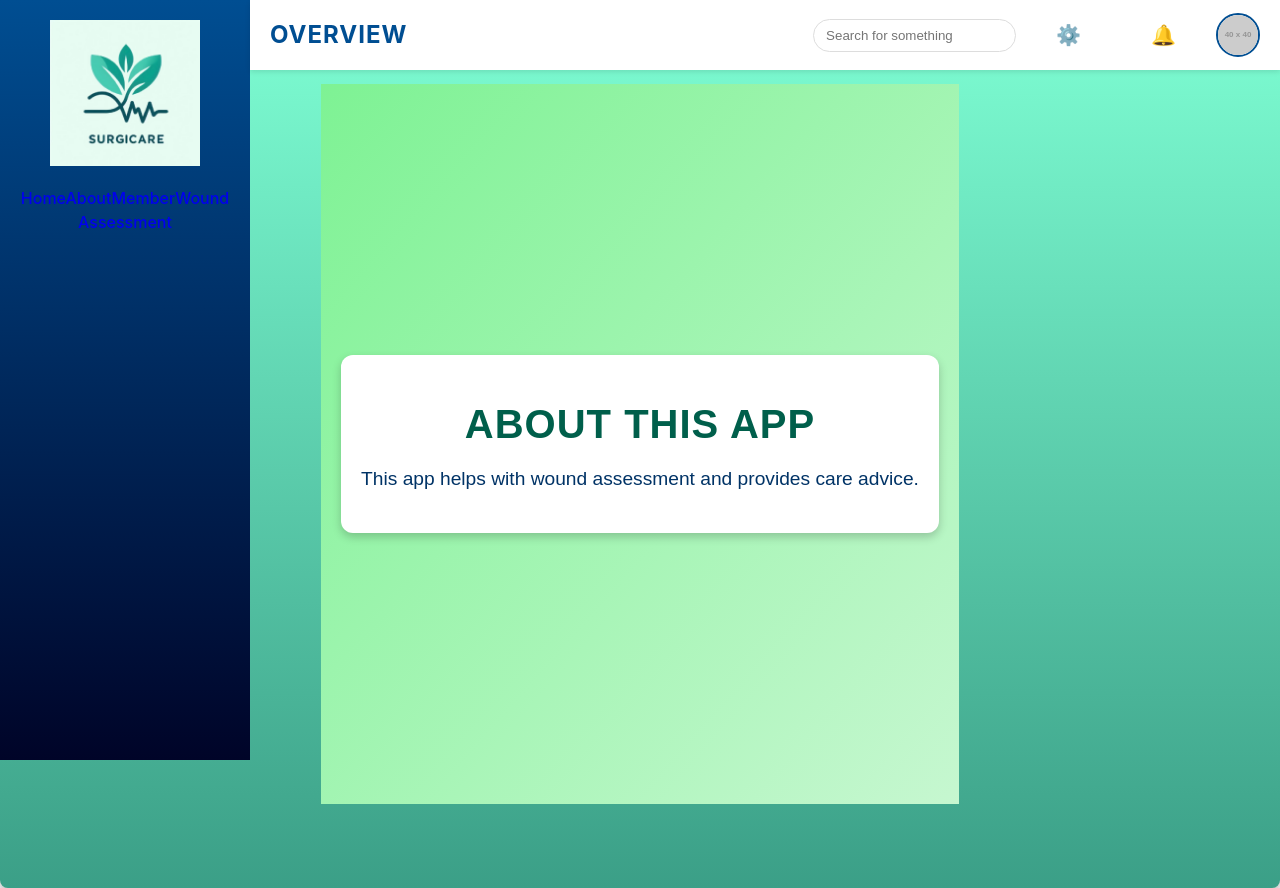
Repository: Jinwoo290350/Surgicare-Vue
Page: /about (app in surgicare/)
The author's editor kept a copy of each file at every save. The page is drawn from the files as they stood at one save, then again after the next save.
The browser window is 1280 px wide. The pictures show the whole page.
An inner scrolling area shows only its first screen. The project was rebuilt for these pictures with package versions that can differ from the ones it lists, and the page was loaded fresh each time. Also part of the build but not shown: surgicare/vite.config.js, surgicare/src/views/Home.vue, surgicare/src/views/Member.vue, surgicare/src/components/WoundAssessment.vue.

Above is the page before, as saved 2024-12-30 15:23:39.
Console error: TypeError: Cannot read properties of null (reading 'getContext')

### surgicare/index.html
<!doctype html>
<html lang="en">
  <head>
    <meta charset="UTF-8" />
    <link rel="icon" type="image/svg+xml" href="/vite.svg" />
    <meta name="viewport" content="width=device-width, initial-scale=1.0" />
    <title>Vite + Vue</title>
  </head>
  <body>
    <div id="app"></div>
    <script type="module" src="/src/main.js"></script>
  </script>
  <link href="https://fonts.googleapis.com/css2?family=Roboto:wght@400;500;700&display=swap" rel="stylesheet">

  <script type="text/javascript" src="./src/star.js"></script>
  </body>
</html>

### surgicare/src/main.js
import { createApp } from 'vue'
import './style.css'
import App from './App.vue'
import router from "./router";

createApp(App).use(router).mount("#app");

### surgicare/src/style.css
:root {
  font-family: Inter, system-ui, Avenir, Helvetica, Arial, sans-serif;
  line-height: 1.5;
  font-weight: 400;
  color-scheme: light dark;
  color: rgba(255, 255, 255, 0.87);
  background-color: #242424;
  font-synthesis: none;
  text-rendering: optimizeLegibility;
  -webkit-font-smoothing: antialiased;
  -moz-osx-font-smoothing: grayscale;
}

a {
  font-weight: 500;
  text-decoration: none;
  transition: color 0.3s ease-in-out;
}
a:hover {
  color: #535bf2; /* Blue hover effect */
}

body {
  margin: 0;
  display: flex;
  flex-direction: column;
  align-items: center;
  justify-content: center;
  min-width: 320px;
  min-height: 100vh;
  padding: 20px;
  background-color: #1f2d29;
  background-image: linear-gradient(to top, #3b9f87, #7fffd4);
  background-repeat: no-repeat;
  border-radius: 8px;
  box-shadow: 0 6px 12px rgba(0, 0, 0, 0.3);
}

h1 {
  font-size: 3em;
  line-height: 1.1;
  color: #fff;
  text-transform: uppercase;
  letter-spacing: 1px;
  margin-bottom: 0.5em;
  transition: transform 0.3s ease-in-out;
}
h1:hover {
  transform: scale(1.05); /* Slight hover effect */
}

button {
  border-radius: 8px;
  border: 1px solid transparent;
  padding: 0.8em 1.5em;
  font-size: 1em;
  font-weight: 500;
  background-color: #333;
  color: #fff;
  cursor: pointer;
  transition: all 0.3s ease;
}
button:hover {
  border-color: #646cff;
  background-color: #444;
  transform: translateY(-2px); /* Lift on hover */
}
button:focus,
button:focus-visible {
  outline: 4px auto -webkit-focus-ring-color;
}

.card {
  padding: 2em;
  background-color: #2a2a2a;
  border-radius: 12px;
  box-shadow: 0 4px 10px rgba(0, 0, 0, 0.4);
  transition: transform 0.3s ease;
}
.card:hover {
  transform: translateY(-5px); /* Lift on hover */
}

#app {
  max-width: 1280px;
  margin: 0 auto;
  padding: 2rem;
  text-align: center;
}

/* Media Queries for Responsiveness */
@media (max-width: 768px) {
  body {
    padding: 15px;
  }

  h1 {
    font-size: 2.4em; /* Smaller title for mobile screens */
  }

  button {
    padding: 0.6em 1.2em;
    font-size: 1em;
  }

  .card {
    padding: 1.5em;
  }

  #app {
    padding: 1.5rem;
  }
}

@media (max-width: 480px) {
  h1 {
    font-size: 2em; /* Further reduce title size */
  }

  button {
    padding: 0.5em 1em;
    font-size: 0.9em;
  }

  .card {
    padding: 1em;
  }
}

/* Light Mode Styles */
@media (prefers-color-scheme: light) {
  :root {
    color: #213547;
    background-color: #ffffff;
  }
  a:hover {
    color: #747bff;
  }
  button {
    background-color: #f9f9f9;
    color: #333;
  }
  .card {
    background-color: #f5f5f5;
    box-shadow: 0 2px 6px rgba(0, 0, 0, 0.1);
  }
}

### surgicare/src/App.vue
<template>
  <div id="app" class="app-container">
    <aside class="sidebar">
      <img src="/Users/frank/Vscode/Vue/surgicare/public/Icon_surgicare.png" alt="Logo" class="logo" />
      <nav class="menu">
        <router-link to="/">Home</router-link>
        <router-link to="/about">About</router-link>
        <router-link to="/member">Member</router-link>
        <router-link to="/wound-assessment">Wound Assessment</router-link>
      </nav>
    </aside>

    <header class="header">
      <h1>Overview</h1>
      <div class="header-tools">
        <input type="text" placeholder="Search for something" class="search-box" />
        <button class="settings-btn">⚙️</button>
        <button class="notifications-btn">🔔</button>
        <img src="https://via.placeholder.com/40" alt="Profile" class="profile-pic" />
      </div>
    </header>
    <main class="main-content">
      <router-view class="router-view" />
    </main>
  </div>
</template>

<script>
export default {
  name: "DashboardPage",
};
</script>
<style scoped>
/* General Styles */
body {
  margin: 0;
  font-family: 'Poppins', Arial, sans-serif;
}

/* Sidebar Styling */
.sidebar {
  position: fixed;
  top: 0;
  left: 0;
  width: 250px;
  height: 100%;
  background: linear-gradient(to bottom, #004e92, #000428);
  color: white;
  padding: 20px 0;
  display: flex;
  flex-direction: column;
  align-items: center;
  z-index: 1000;
}

.logo {
  width: 100%;
  max-width: 150px;
  margin-bottom: 20px;
}

.menu {
  width: 100%;
}

.menu-item {
  display: flex;
  align-items: center;
  text-decoration: none;
  color: white;
  font-size: 16px;
  padding: 10px 20px;
  margin-bottom: 10px;
  border-radius: 8px;
  transition: background 0.3s, transform 0.3s;
}

.menu-item i {
  margin-right: 10px;
}

.menu-item:hover {
  background: rgba(255, 255, 255, 0.2);
  transform: scale(1.05);
}

/* Header Styling */
.header {
  position: fixed;
  top: 0;
  left: 250px; /* Offset for the sidebar */
  right: 0;
  height: 70px;
  background: white;
  display: flex;
  justify-content: space-between;
  align-items: center;
  padding: 0 20px;
  box-shadow: 0 2px 5px rgba(0, 0, 0, 0.1);
  z-index: 1000;
}

.header h1 {
  font-size: 24px;
  color: #004e92;
  margin: 0;
}

.header-tools {
  display: flex;
  align-items: center;
}

.search-box {
  padding: 8px 12px;
  border: 1px solid #ddd;
  border-radius: 25px;
  margin-right: 10px;
  outline: none;
  transition: box-shadow 0.3s;
}

.search-box:focus {
  box-shadow: 0 0 10px rgba(0, 78, 146, 0.5);
}

.settings-btn,
.notifications-btn {
  background: none;
  border: none;
  font-size: 20px;
  color: #555;
  margin-right: 10px;
  cursor: pointer;
}

.profile-pic {
  width: 40px;
  height: 40px;
  border-radius: 50%;
  border: 2px solid #004e92;
}

</style>

### surgicare/src/router/index.js
import { createRouter, createWebHistory } from "vue-router";

// Importing views and components
import Home from "../views/Home.vue";
import About from "../views/About.vue";
import Member from "../views/Member.vue";
import WoundAssessment from "../components/WoundAssessment.vue";

// Define the route configurations
const routes = [
  {
    path: "/",
    name: "Home",
    component: Home,
    meta: {
      title: "Home -  Surgicare",
    },
  },
  {
    path: "/about",
    name: "About",
    component: About,
    meta: {
      title: "About - Surgicare",
    },
  },
  {
    path: "/member",
    name: "Member",
    component: Member,
    meta: {
      title: "Member - Surgicare",
    },
  },
  {
    path: "/wound-assessment",
    name: "WoundAssessment",
    component: WoundAssessment,
    meta: {
      title: "Wound Assessment - Surgicare",
    },
  },
];

// Create the router instance
const router = createRouter({
  history: createWebHistory(),
  routes,
  scrollBehavior(to, from, savedPosition) {
    // Scroll to top on route change, unless saved position exists
    if (savedPosition) {
      return savedPosition;
    } else {
      return { top: 0 };
    }
  },
});

// Global navigation guard for dynamic document titles
router.beforeEach((to, from, next) => {
  document.title = to.meta.title || "Default App Title";
  next();
});

export default router;

### surgicare/src/views/About.vue
<template>
  <div class="about">
    <div class="content">
      <h1 class="title">About This App</h1>
      <p class="description">This app helps with wound assessment and provides care advice.</p>
    </div>
  </div>
</template>

<script>
export default {
  name: "About",
};
</script>

<style scoped>
.about {
  display: flex;
  justify-content: center;
  align-items: center;
  height: 100vh; /* Full height for viewport */
  background: linear-gradient(to bottom right, #7ef294, #c6f7d0); /* Subtle gradient */
  font-family: 'Arial', sans-serif;
  text-align: center;
  box-sizing: border-box;
  padding: 20px;
}

.content {
  max-width: 600px; /* Limit content width for better readability */
  padding: 20px;
  background: #ffffff;
  border-radius: 12px; /* Rounded corners */
  box-shadow: 0 4px 10px rgba(0, 0, 0, 0.2); /* Subtle shadow */
}

.title {
  font-size: 2.5rem;
  font-weight: bold;
  color: #005f4b;
  margin-bottom: 15px;
}

.description {
  font-size: 1.2rem;
  color: #003366;
  font-weight: 300;
}
</style>

### surgicare/src/star.js
const canvas = document.querySelector('canvas')
const c = canvas.getContext('2d')

canvas.width = innerWidth
canvas.height = innerHeight

window.addEventListener("resize", function() {
    canvas.width = window.innerWidth;
    canvas.height = window.innerHeight;
    init()
})
function Star(x, y, radius, color) {
    this.x = x
    this.y = y
    this.radius = radius
    this.color = color
    this.velocity = {
        x: (Math.random() - 0.5) * 8,
        y: 3
    }
    this.friction = 0.8
    this.gravity = 1
}

Star.prototype.draw = function() {
    c.save()
    c.beginPath()
    c.arc(this.x, this.y, this.radius, 0, Math.PI * 2, false)
    c.fillStyle = this.color
    c.shadowColor = '#E3EAEF'
    c.shadowBlur = 20
    c.fill()
    c.closePath()
    c.restore()
}

Star.prototype.update = function() {
    this.draw()

    //When ball hits bottom of screen
    if(this.y + this.radius + this.velocity.y > canvas.height - groundHeight){
        this.velocity.y = -this.velocity.y * this.friction
        this.shatter()
    }
    else{
        this.velocity.y += this.gravity
    }

    //Hits side of screen
    if(this.x + this.radius + this.velocity.x > canvas.width || this.x - this.radius <= 0){
        this.velocity.x = -this.velocity.x * this.friction
        this.shatter()
    }

    this.x += this.velocity.x
    this.y += this.velocity.y

}

Star.prototype.shatter = function(){
    this.radius -= 3
    for(let i = 0; i < 8; i++){
        miniStars.push(new MiniStar(this.x, this.y, 2))
    }

}

function MiniStar(x, y, radius, color){
    Star.call(this, x, y, radius, color)
    this.velocity = {
        x: (Math.random() - 0.5) * 10,
        y: (Math.random() - 0.5) * 30
    }
    this.friction = 0.8
    this.gravity = 0.1
    this.ttl = 100
    this.opacity = 1
}

MiniStar.prototype.draw = function() {
    c.save()
    c.beginPath()
    c.arc(this.x, this.y, this.radius, 0, Math.PI * 2, false)
    c.fillStyle = `rgba(227,234, 239, ${this.opacity})`
    c.shadowColor = '#E3EAEF'
    c.shadowBlur = 20
    c.fill()
    c.closePath()
    c.restore()
}

MiniStar.prototype.update = function() {
    this.draw()

    if(this.y + this.radius + this.velocity.y > canvas.height - groundHeight){
        this.velocity.y = -this.velocity.y * this.friction
    }
    else{
        this.velocity.y += this.gravity
    }

    this.x += this.velocity.x
    this.y += this.velocity.y
    this.ttl -= 1
    this.opacity -= 0.0001 * this.ttl
}

function creatMountainRange(mountainAmount, height, color){
    for(let i = 0; i < mountainAmount; i++){
        const mountainWidth = canvas.width / mountainAmount
        c.beginPath()
        c.moveTo(i * mountainWidth, canvas.height)
        c.lineTo(i * mountainWidth + mountainWidth + 0.2*canvas.height, canvas.height)
        c.lineTo(i * mountainWidth + mountainWidth / 2, canvas.height - height)
        c.lineTo(i * mountainWidth - 0.2*canvas.height, canvas.height)
        c.fillStyle = color
        c.fill()
        c.closePath()
    }
}

// Implementation
const backgroundGradient = c.createLinearGradient(0, 0, canvas.width, canvas.height)
backgroundGradient.addColorStop(0, '#171e26')
backgroundGradient.addColorStop(1, '#3f586b')

let stars
let miniStars
let backgroundStars
let ticker = 0
let randomSpawnRate = 75
const groundHeight = 0.09 * canvas.height
let inf = 1e9
function init() {
    stars = []
    miniStars = []
    backgroundStars = []

    for(let i = 0; i < 200; i++){
        const x = Math.random() * canvas.width
        const y = Math.random() * canvas.height
        const radius = Math.random() * 3
        backgroundStars.push(new Star(x, y, radius, 'white'))
    }
}

// Animation Loop
function animate() {
    c.clearRect(0, 0, 0, canvas.height)
    c.fillStyle = backgroundGradient
    c.fillRect(0, 0, canvas.width, canvas.height)

    backgroundStars.forEach(backgroundStar => {
        backgroundStar.draw()
    })

    if(flag) creatMountainRange(1, canvas.height * 0.7, '#384551')
    if(flag) creatMountainRange(2, canvas.height * 0.6, '#2B3843')
    if(flag) creatMountainRange(3, canvas.height * 0.4, '#26333E')
    c.fillStyle = '#182028'
    c.fillRect(0, canvas.height - groundHeight, canvas.width, groundHeight)
    stars.forEach((star, index) => {
        star.update();
        if(star.radius == 0){
            stars.splice(index, 1)
        }
    });

    miniStars.forEach((miniStar, index) => {
        miniStar.update();
        if(miniStar.ttl == 0){
            miniStars.splice(index, 1)
        }
    });

    ticker++
    if(ticker >= inf){
        ticker = 0
    }
    if(ticker % randomSpawnRate == 0){
        const radius = 9
        const x = Math.max(radius, Math.random() * canvas.width - radius)
        stars.push(new Star(x, -100, 9, '#E3EAEF'))
        randomSpawnRate = Math.floor(Math.random() * (200 - 125 + 1) + 125)
    }

    requestAnimationFrame(animate)
}

init()
animate()

After the next save:
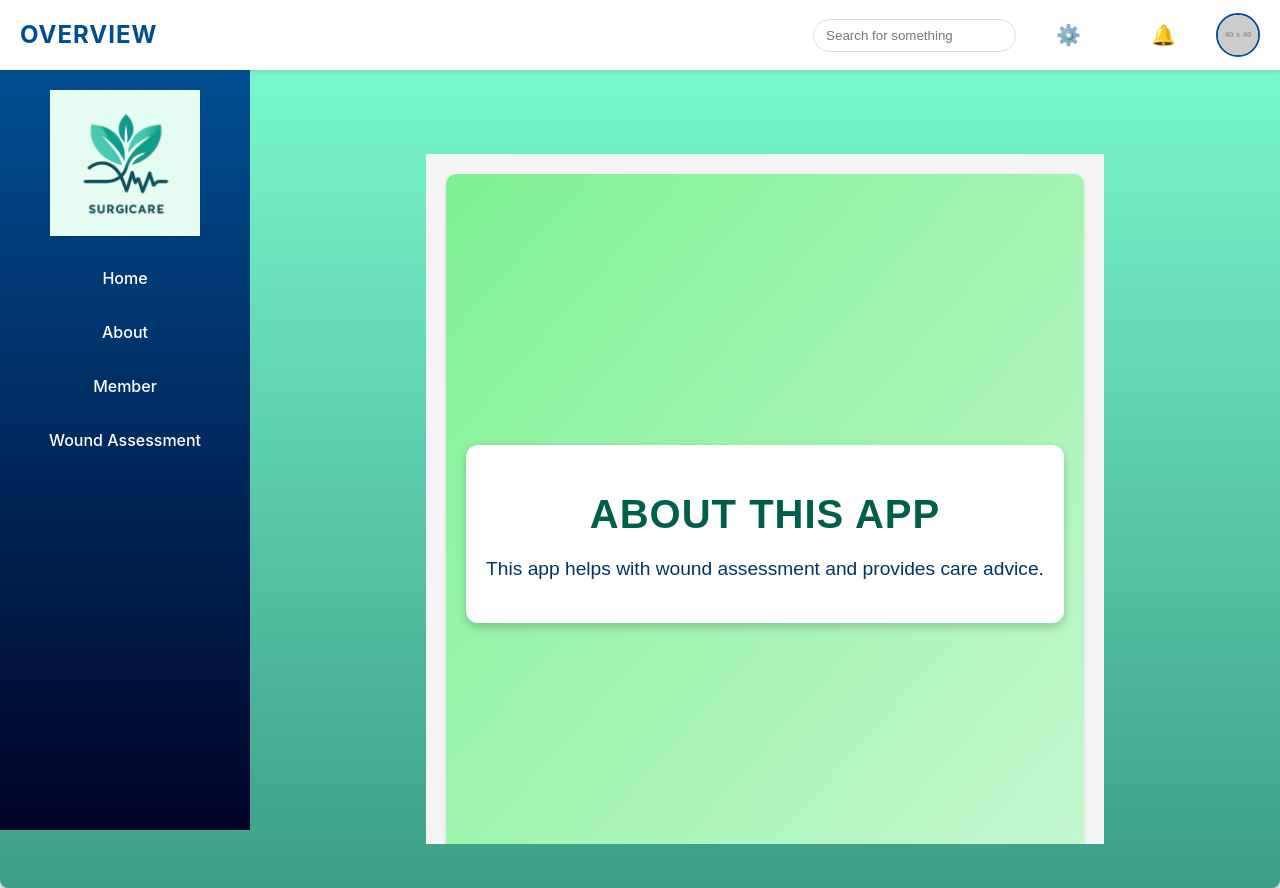
Saved 110 s later.
--- a/surgicare/src/App.vue
+++ b/surgicare/src/App.vue
@@ -1,15 +1,5 @@
 <template>
   <div id="app" class="app-container">
-    <aside class="sidebar">
-      <img src="/Users/frank/Vscode/Vue/surgicare/public/Icon_surgicare.png" alt="Logo" class="logo" />
-      <nav class="menu">
-        <router-link to="/">Home</router-link>
-        <router-link to="/about">About</router-link>
-        <router-link to="/member">Member</router-link>
-        <router-link to="/wound-assessment">Wound Assessment</router-link>
-      </nav>
-    </aside>
-
     <header class="header">
       <h1>Overview</h1>
       <div class="header-tools">
@@ -19,9 +9,22 @@
         <img src="https://via.placeholder.com/40" alt="Profile" class="profile-pic" />
       </div>
     </header>
-    <main class="main-content">
-      <router-view class="router-view" />
-    </main>
+
+    <div class="content-wrapper">
+      <aside class="sidebar">
+        <img src="/Users/frank/Vscode/Vue/surgicare/public/Icon_surgicare.png" alt="Logo" class="logo" />
+        <nav class="menu">
+          <router-link to="/" class="menu-item">Home</router-link>
+          <router-link to="/about" class="menu-item">About</router-link>
+          <router-link to="/member" class="menu-item">Member</router-link>
+          <router-link to="/wound-assessment" class="menu-item">Wound Assessment</router-link>
+        </nav>
+      </aside>
+
+      <main class="main-content">
+        <router-view class="router-view" />
+      </main>
+    </div>
   </div>
 </template>
 
@@ -30,6 +33,7 @@ export default {
   name: "DashboardPage",
 };
 </script>
+
 <style scoped>
 /* General Styles */
 body {
@@ -37,58 +41,11 @@ body {
   font-family: 'Poppins', Arial, sans-serif;
 }
 
-/* Sidebar Styling */
-.sidebar {
-  position: fixed;
-  top: 0;
-  left: 0;
-  width: 250px;
-  height: 100%;
-  background: linear-gradient(to bottom, #004e92, #000428);
-  color: white;
-  padding: 20px 0;
-  display: flex;
-  flex-direction: column;
-  align-items: center;
-  z-index: 1000;
-}
-
-.logo {
-  width: 100%;
-  max-width: 150px;
-  margin-bottom: 20px;
-}
-
-.menu {
-  width: 100%;
-}
-
-.menu-item {
-  display: flex;
-  align-items: center;
-  text-decoration: none;
-  color: white;
-  font-size: 16px;
-  padding: 10px 20px;
-  margin-bottom: 10px;
-  border-radius: 8px;
-  transition: background 0.3s, transform 0.3s;
-}
-
-.menu-item i {
-  margin-right: 10px;
-}
-
-.menu-item:hover {
-  background: rgba(255, 255, 255, 0.2);
-  transform: scale(1.05);
-}
-
 /* Header Styling */
 .header {
   position: fixed;
   top: 0;
-  left: 250px; /* Offset for the sidebar */
+  left: 0;
   right: 0;
   height: 70px;
   background: white;
@@ -141,4 +98,69 @@ body {
   border: 2px solid #004e92;
 }
 
+/* Content Wrapper */
+.content-wrapper {
+  display: flex;
+  margin-top: 70px; /* Offset for the header */
+  height: calc(100vh - 70px);
+}
+
+/* Sidebar Styling */
+.sidebar {
+  width: 250px;
+  background: linear-gradient(to bottom, #004e92, #000428);
+  color: white;
+  padding: 20px 0;
+  display: flex;
+  flex-direction: column;
+  align-items: center;
+  height: 100%;
+  position: fixed;
+  left: 0;
+  top: 70px; /* Below the header */
+  z-index: 1000;
+}
+
+.logo {
+  width: 100%;
+  max-width: 150px;
+  margin-bottom: 20px;
+}
+
+.menu {
+  width: 100%;
+}
+
+.menu-item {
+  display: block;
+  text-decoration: none;
+  color: white;
+  font-size: 16px;
+  padding: 10px 20px;
+  margin-bottom: 10px;
+  border-radius: 8px;
+  transition: background 0.3s, transform 0.3s;
+}
+
+.menu-item:hover {
+  background: rgba(255, 255, 255, 0.2);
+  transform: scale(1.05);
+}
+
+/* Main Content */
+.main-content {
+  flex: 1;
+  margin-left: 250px; /* Offset for the sidebar */
+  padding: 20px;
+  background: #f5f5f5;
+  overflow-y: auto;
+  height: 100%;
+}
+
+.router-view {
+  padding: 20px;
+  background: white;
+  border-radius: 10px;
+  box-shadow: 0 2px 5px rgba(0, 0, 0, 0.1);
+}
 </style>
